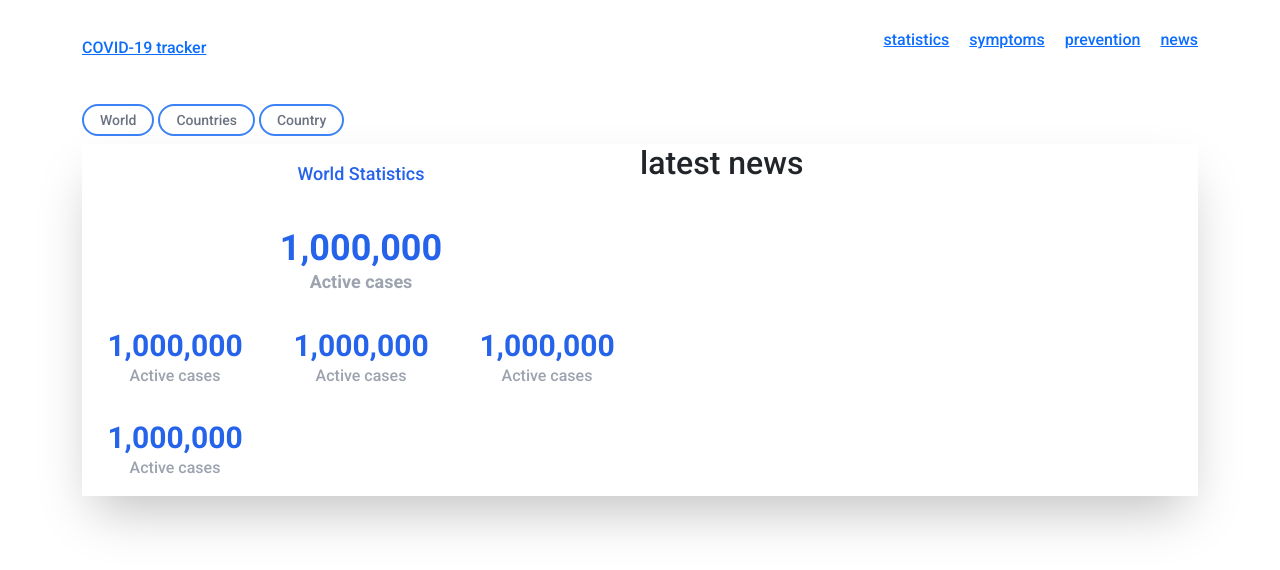
Repository: latenightsnacc/covid-19tracker
Page: design/index.html
The author's editor kept a copy of each file at every save. The page is drawn from the files as they stood at one save, then again after the next save.
The browser window is 1280 px wide. The pictures show the whole page.
Some web libraries are served in a nearby version.

Above is the page before, as saved 2021-07-23 11:28:41.

### design/index.html
<!DOCTYPE html>
<html lang="en">
<head>
    <meta charset="UTF-8">
    <meta http-equiv="X-UA-Compatible" content="IE=edge">
    <meta name="viewport" content="width=device-width, initial-scale=1.0">
    <!--Tailwind Css-->
    <link href="https://unpkg.com/tailwindcss@^2/dist/tailwind.min.css" rel="stylesheet">
    <!--Bootstrap CSS-->
    <link href="https://cdn.jsdelivr.net/npm/bootstrap@5.0.0-beta3/dist/css/bootstrap.min.css" rel="stylesheet" integrity="sha384-eOJMYsd53ii+scO/bJGFsiCZc+5NDVN2yr8+0RDqr0Ql0h+rP48ckxlpbzKgwra6" crossorigin="anonymous">
    <!--Font Awesome 5 CDN-->
    <link href="https://cdnjs.cloudflare.com/ajax/libs/font-awesome/5.13.0/css/all.min.css" rel="stylesheet">
    <!--Roboto: Google Font-->
    <link rel="preconnect" href="https://fonts.googleapis.com">
<link rel="preconnect" href="https://fonts.gstatic.com" crossorigin>
<link href="https://fonts.googleapis.com/css2?family=Roboto:wght@300;500;700&display=swap" rel="stylesheet">
    <title>COVID-19 Tracker</title>
    <style>
        * {
            font-family: 'Roboto', sans-serif;
        }
        #coco {

            fill: rgb(1, 1, 58);
            stroke: rgb(95, 4, 80);
            stroke-width: 5px;
            animation: virus-spin infinite 20s linear;

        }

        @keyframes virus-spin {
            from {
                /* transform: rotate(0deg); */
                transform: rotateZ(0deg);
            }
            to {
                transform: rotateZ(-360deg);
            }
        }

    </style>
</head>
<body>
    <main class="m-auto">
        <!--Navigation Component-->
        <div class="container">
            <nav class="flex justify-between w-100 items-center h-24">
                <a href="index.html">
                    <div>COVID-19 tracker</div>
                </a>
                <ul class="flex">
                    <li>
                        <a href="">statistics</a>
                    </li>
                    <li class="ml-5">
                        <a href="">symptoms</a>
                    </li>
                    <li class="ml-5">
                        <a href="">prevention</a>
                    </li>
                    <li class="ml-5">
                        <a href="">news</a>
                    </li>
                </ul>
            </nav>
        </div>

        <div class="container">
            <!--Tags Component-->
            <div class="tags py-2">
                <button class="border-2 border-blue-500 px-3 py-1 rounded-2xl text-gray-500 hover:bg-blue-500 hover:text-white text-mute text-sm capitalize">world</button>
                <button class="border-2 border-blue-500 px-3 py-1 rounded-2xl text-gray-500 hover:bg-blue-500 hover:text-white text-mute text-sm capitalize">countries</button>
                <button class="border-2 border-blue-500 px-3 py-1 rounded-2xl text-gray-500 hover:bg-blue-500 hover:text-white text-mute text-sm capitalize">country</button>
            </div>
            <div class="flex flex-col md:flex-row  shadow-2xl">

                <div class="w-100 md:w-1/2 ">
                    <h1 class="text-blue-600 text-center py-3 text-lg">World Statistics</h1>
                    <div class="w-56 flex flex-col items-center justify-center p-3 m-auto">
                        <span class="text-4xl text-blue-600 font-bold">1,000,000</span>
                        <span class="text-lg text-gray-400 font-bold">Active cases</span>
                    </div>
                    <div class="stats">

                        <div class="grid grid-rows-auto grid-cols-3">
                            <div class="flex flex-col items-center justify-center p-3">
                                <span class="text-3xl text-blue-600 font-bold">1,000,000</span>
                                <span class="text-normal text-gray-400 font-semi">Active cases</span>
                            </div>
                            <div class="flex flex-col items-center justify-center p-3">
                                <span class="text-3xl text-blue-600 font-bold">1,000,000</span>
                                <span class="text-normal text-gray-400 font-semi">Active cases</span>
                            </div>
                            <div class="flex flex-col items-center justify-center p-3">
                                <span class="text-3xl text-blue-600 font-bold">1,000,000</span>
                                <span class="text-normal text-gray-400 font-semi">Active cases</span>
                            </div>
                            <div class="flex flex-col items-center justify-center p-3">
                                <span class="text-3xl text-blue-600 font-bold">1,000,000</span>
                                <span class="text-normal text-gray-400 font-semi">Active cases</span>
                            </div>
                        </div>

                    </div>

                </div>
                <div class="w-100 md:w-1/2">
                    <h2>latest news</h2>

                </div>

            </div>
        </div>
    </main>
</body>
</html>

After the next save:
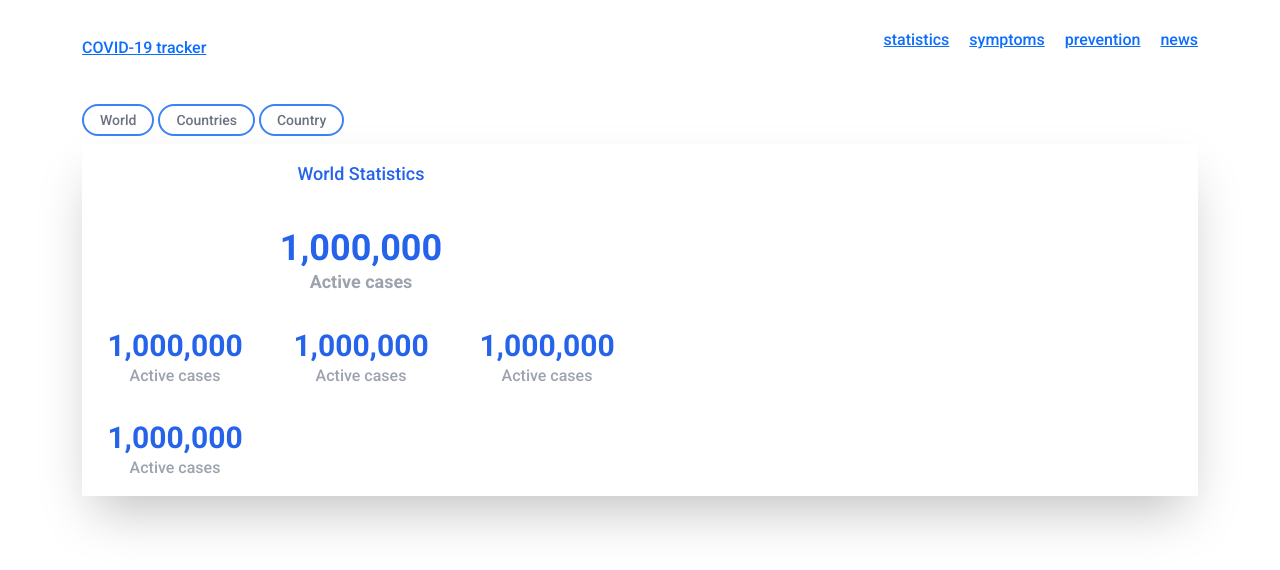
Saved 14 s later.
--- a/design/index.html
+++ b/design/index.html
@@ -105,7 +105,7 @@
 
                 </div>
                 <div class="w-100 md:w-1/2">
-                    <h2>latest news</h2>
+
 
                 </div>
 
